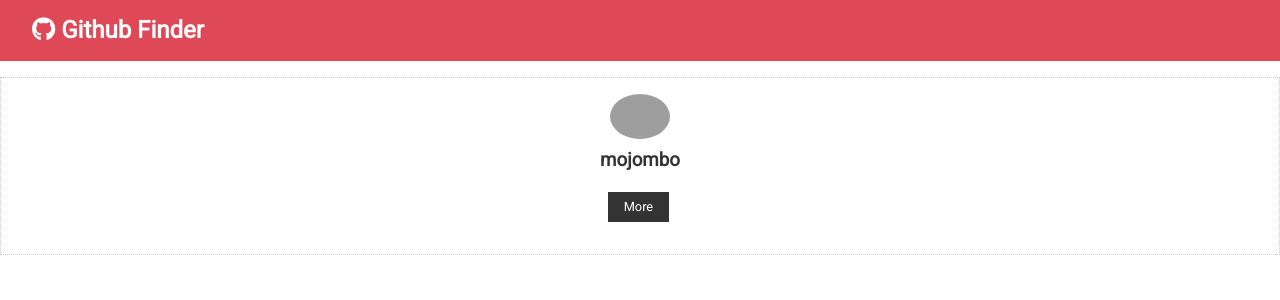
Repository: Redshreds/githubfinder
Page: /
The author's editor kept a copy of each file at every save. The page is drawn from the files as they stood at one save, then again after the next save.
The browser window is 1280 px wide. The pictures show the whole page.
Pictures or frames that could not be fetched are drawn as grey boxes. Some web libraries are served in a nearby version. The project was rebuilt for these pictures with package versions that can differ from the ones it lists, and the page was loaded fresh each time.

Above is the page before, as saved 2023-02-21 16:40:36.

After the next save:
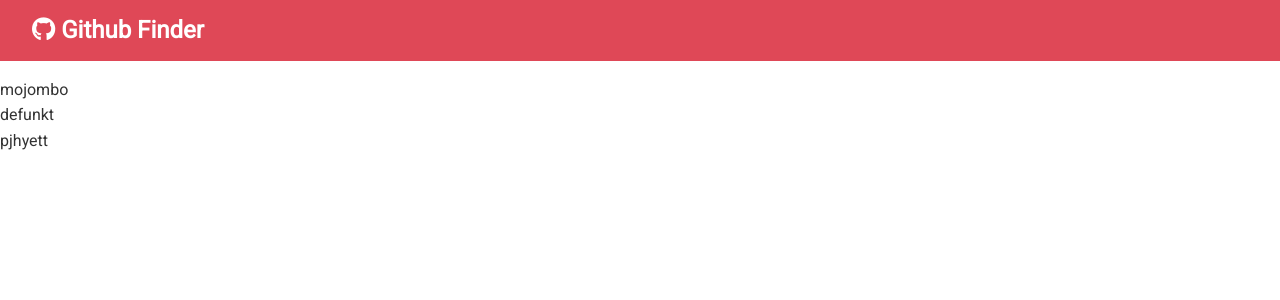
Saved 27 min 29 s later.
--- a/src/App.js
+++ b/src/App.js
@@ -1,14 +1,14 @@
 import React, { Component } from 'react';
 import Navbar from './components/layout/Navbar';
+import Users from './components/users/Users'
 import './App.css';
-import UserItem from './components/users/UserItem'
 
 class App extends Component { //React.Fragment will work also, removing the App div from rendering
   render() {
     return (
       <div className='App'>
         <Navbar title='Github Finder' />  {/*title is a prop*/}
-        <UserItem />
+        <Users />
       </div>
     );
   }
